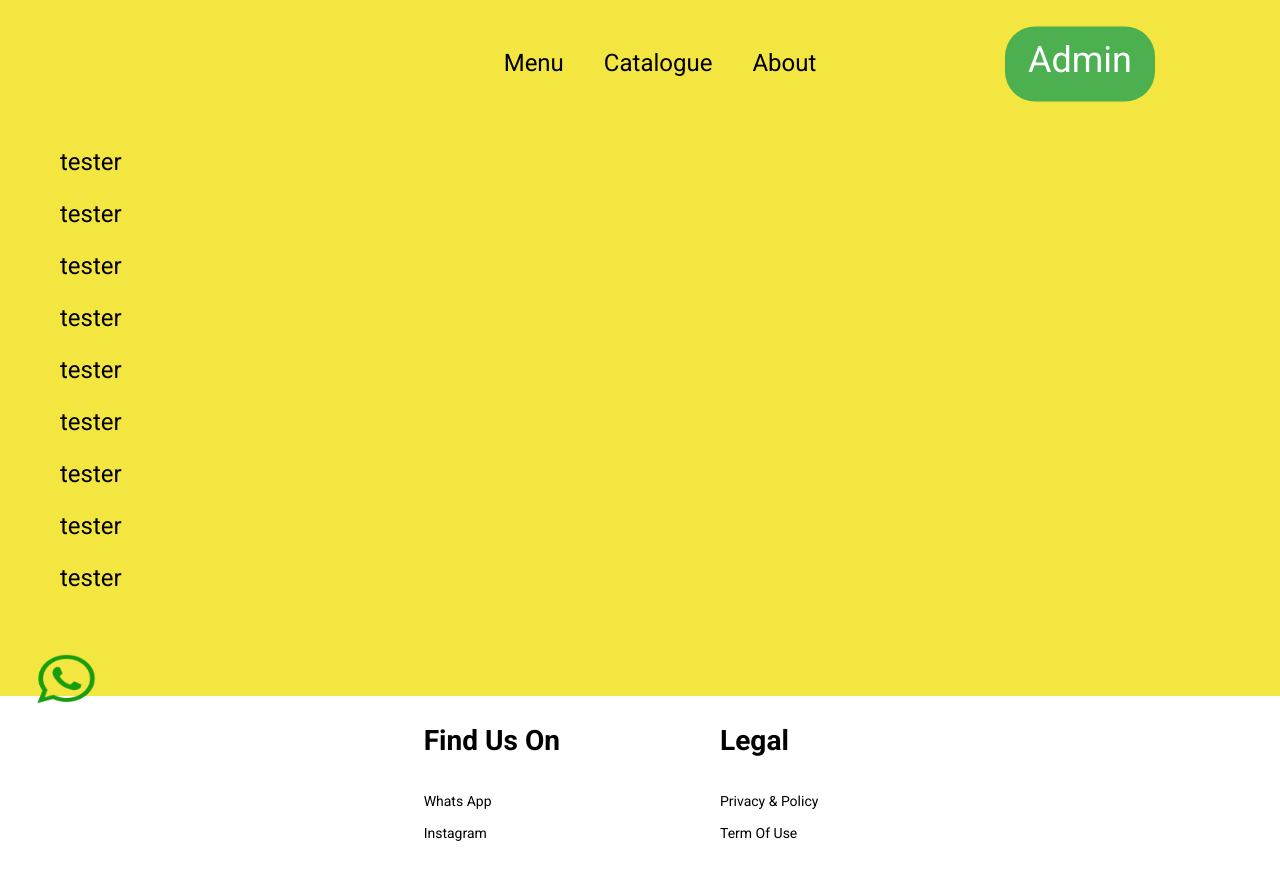
Repository: Fauzaanmhmd/Skripsi
Page: /about
An editor plug-in stored every save of this project. The page is shown before and after the next save, followed by the edit.
The browser window is 1280 px wide. The pictures show the whole page.
The pointer rests on the first visible `.navbar_admin`.
The project was rebuilt for these pictures with package versions that can differ from the ones it lists, and the page was loaded fresh each time. The framework's server and built-in components were replaced by stand-ins that run in the browser. Also part of the build but not shown: next.config.js, components/background.js.

Above is the page before, as saved 2021-06-02 08:33:02.

After the next save:
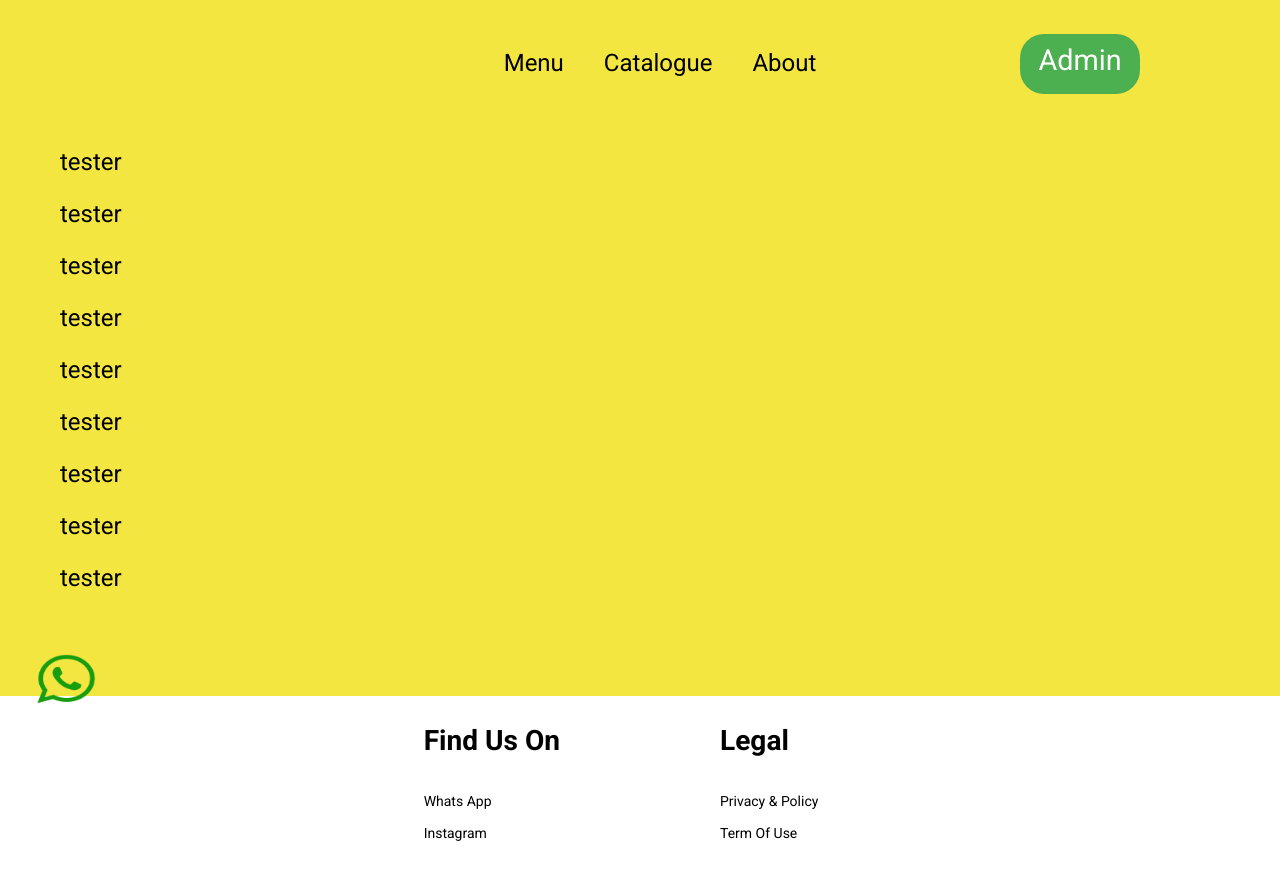
Saved 14 s later.
--- a/styles/globals.css
+++ b/styles/globals.css
@@ -491,8 +491,8 @@
 }
 
 .navbar_admin:hover {
-  -ms-transform: scale(1.5); /* IE 9 */
-  -webkit-transform: scale(1.5); /* Safari 3-8 */
-  transform: scale(1.5);
+  -ms-transform: scale(1.2); /* IE 9 */
+  -webkit-transform: scale(1.2); /* Safari 3-8 */
+  transform: scale(1.2);
   transition: transform .9s;
 }
